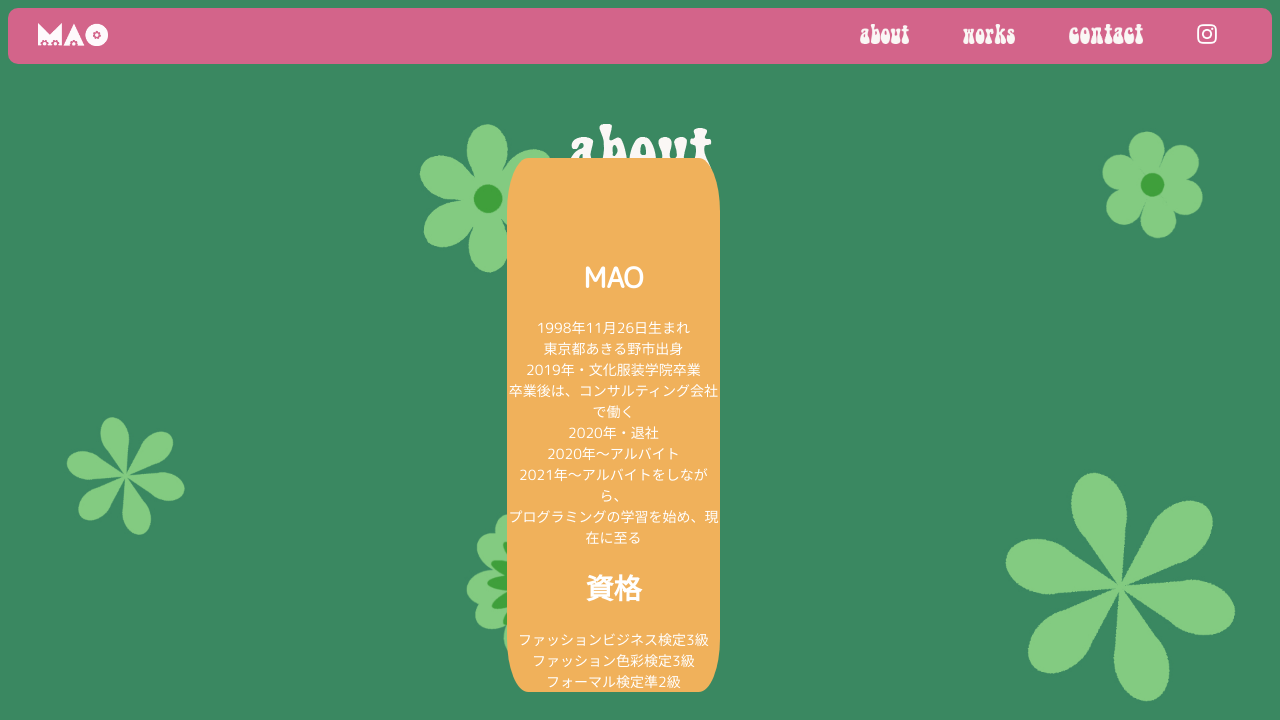
Repository: HarashimaMao/portfolio
Page: about.html
The author's editor kept a record of every edit. The page is drawn from the files as they stood at one moment, then again after the next edit.
The browser window is 1280 px wide. The pictures show the whole page.

Above is the page before.

After the next edit:
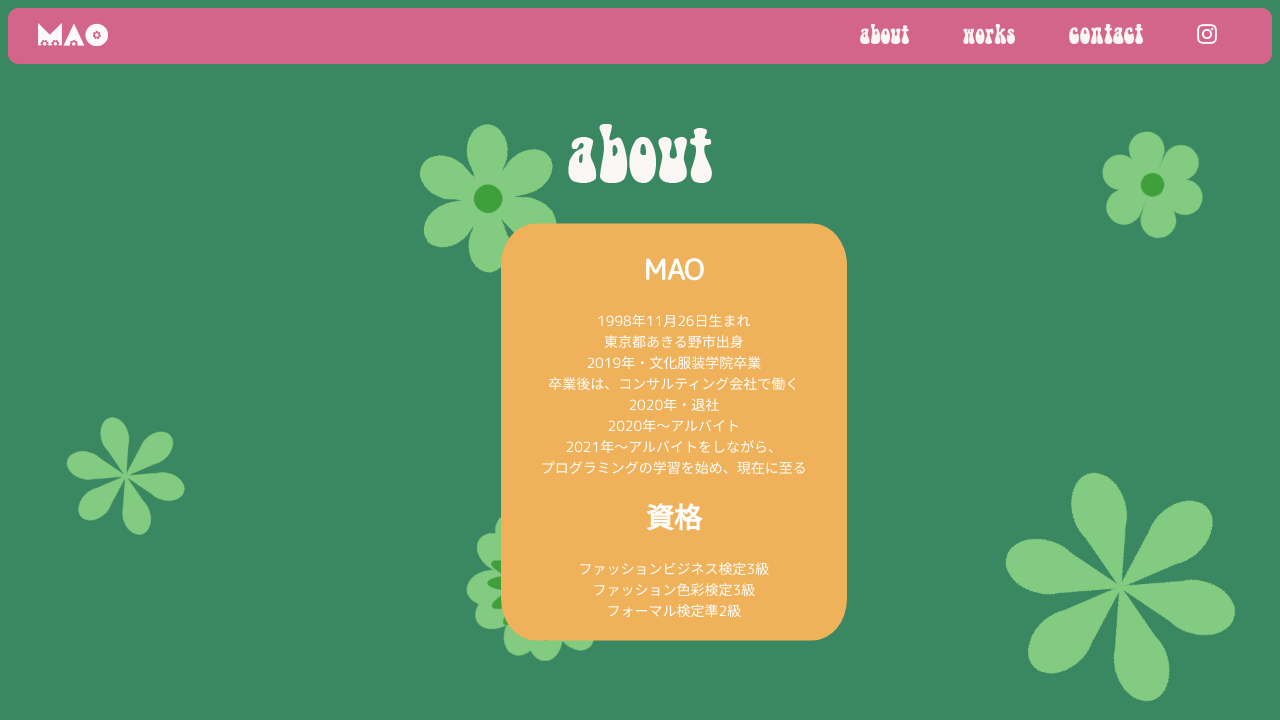
The edit:
--- a/about.html
+++ b/about.html
@@ -58,8 +58,8 @@
 
           .square {
               position: relative;
-              width: 80%;
-              padding-top: 30%;
+              width: 120%;
+              padding: 6px;
               background: #F0B15B;
               border-radius: 10%;
           }
